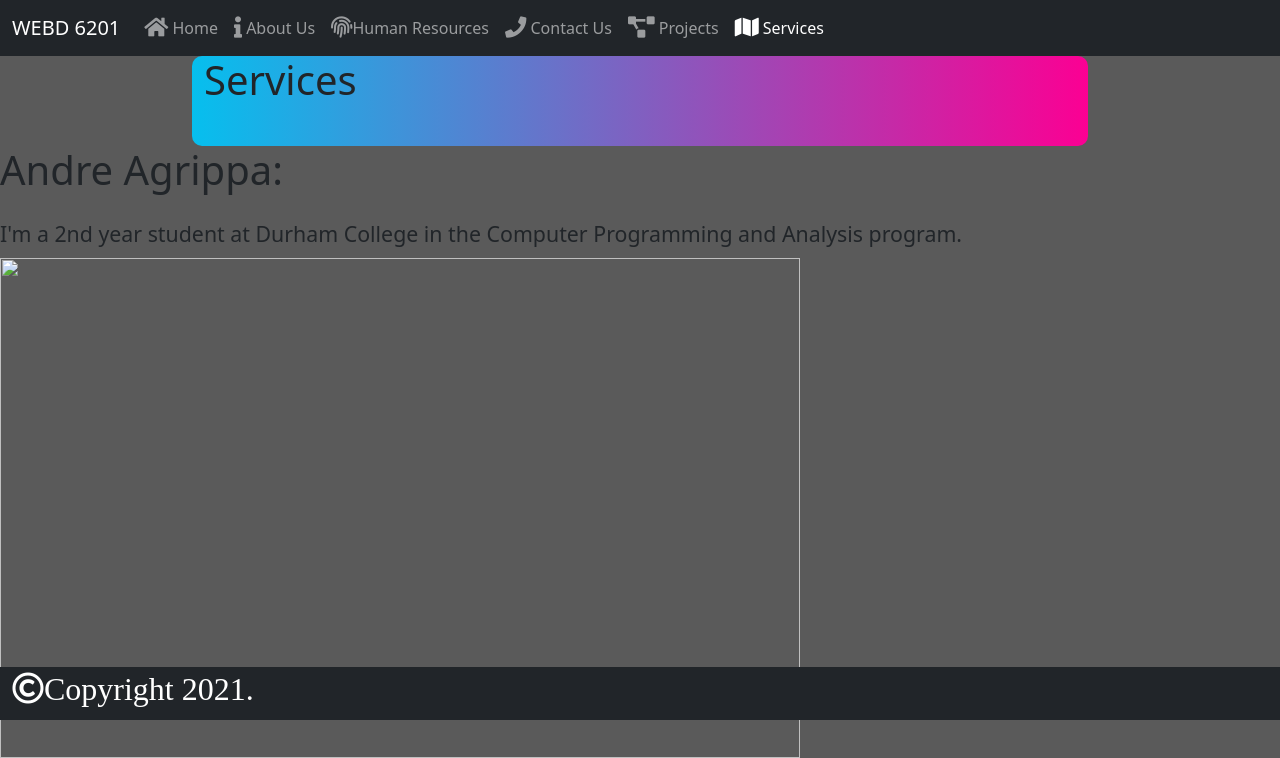
Repository: vans12345678/WEBD6201-W2021-Lab1
Page: services.html
The author's editor kept a copy of each file at every save. The page is drawn from the files as they stood at one save, then again after the next save.
The browser window is 1280 px wide. The pictures show the whole page.

Above is the page before, as saved 2021-01-31 18:04:53.
Not found: images/s1.PNG

After the next save:
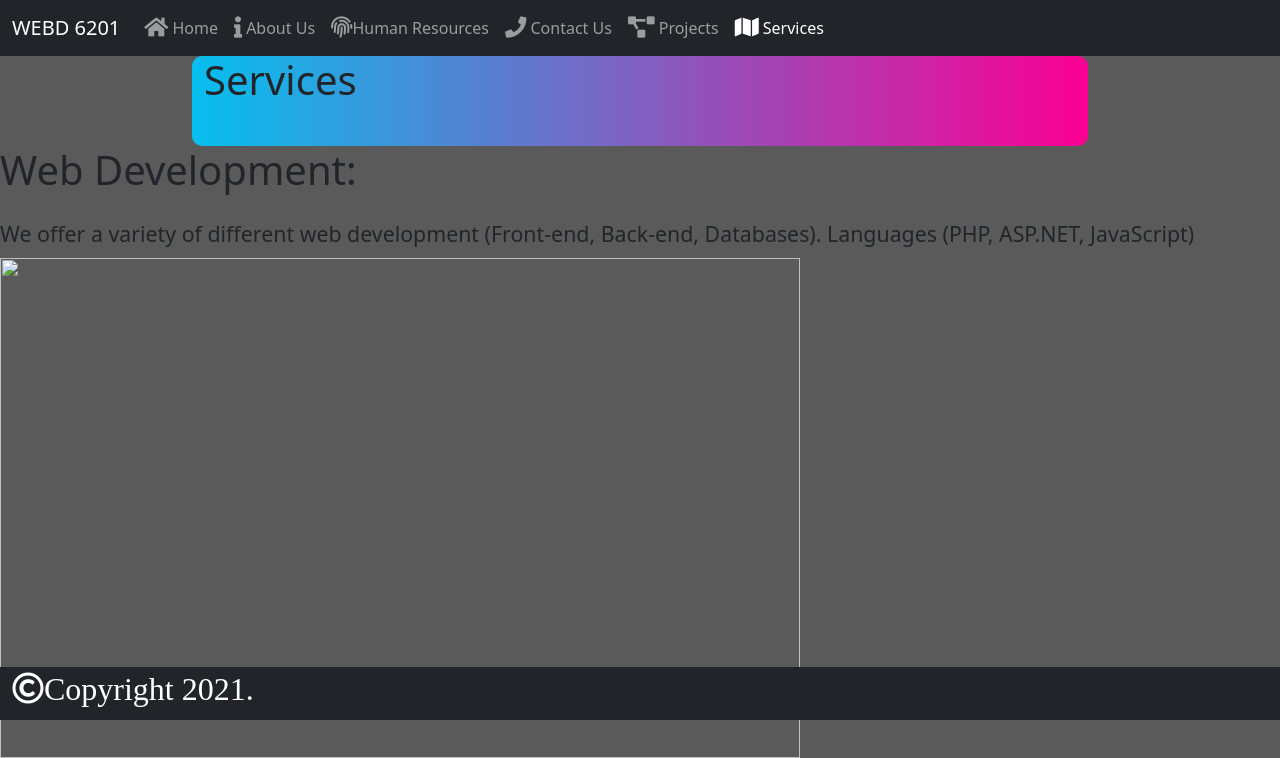
Saved 2 min 57 s later.
--- a/Scripts/app.js
+++ b/Scripts/app.js
@@ -73,8 +73,8 @@
     }
     function displayServices()
     {
-        let s1Header = "Andre Agrippa:";
-        let s1Text = "I'm a 2nd year student at Durham College in the Computer Programming and Analysis program.";
+        let s1Header = "Web Development:";
+        let s1Text = "We offer a variety of different web development (Front-end, Back-end, Databases). Languages (PHP, ASP.NET, JavaScript)";
 
         //Services 1
         let headerElement = document.getElementById("s1Header").textContent = s1Header;
